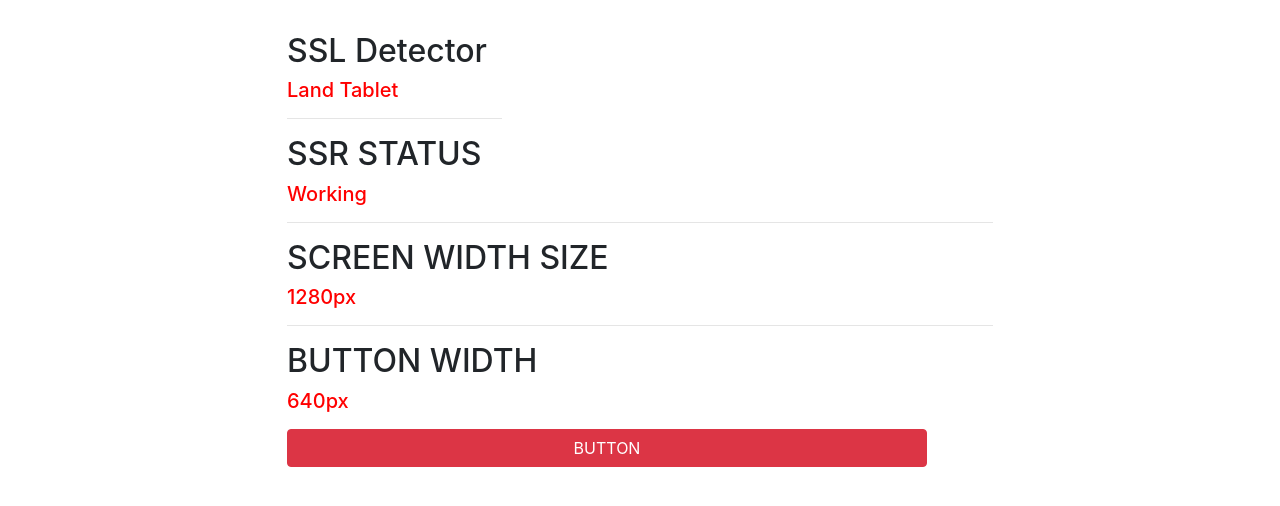
Repository: adrihle/screen-detector-nextpwa
Page: /
These files come from the project's save history. The page is drawn as it stood at one moment and after the next save; the edit follows.
The browser window is 1280 px wide. The pictures show the whole page.
The project was rebuilt for these pictures with package versions that can differ from the ones it lists, and the page was loaded fresh each time. The framework's server and built-in components were replaced by stand-ins that run in the browser. Imported but missing from the stored project, and not drawn on this page: pages/_document.

Above is the page before, as saved 2020-12-28 15:19:04.

After the next save:
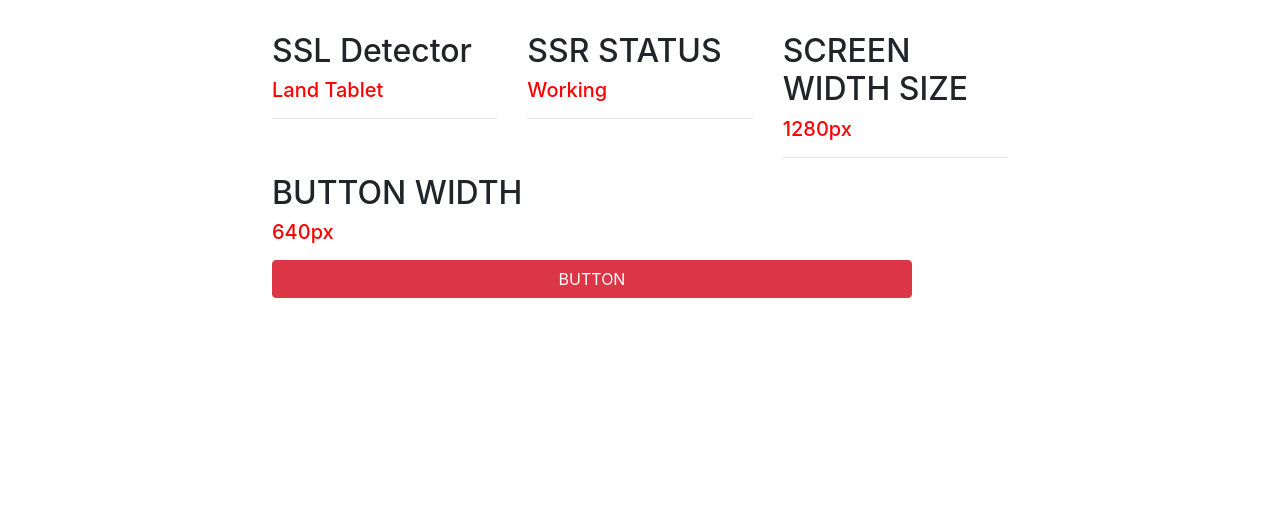
Saved 41 s later.
--- a/pages/index.js
+++ b/pages/index.js
@@ -9,7 +9,7 @@ const Index = ({ server, size, screen }) => {
   const btnWidth = size / 2
 
   return (
-    <>
+    <div className='row'>
         <div className="col-md-4">
           <h2>SSL Detector</h2>
           <h5 style={{color:'red'}}>{screen}</h5>
@@ -34,7 +34,7 @@ const Index = ({ server, size, screen }) => {
             </>
           )}
         </div>
-    </>
+    </div>
   )
 }
 
